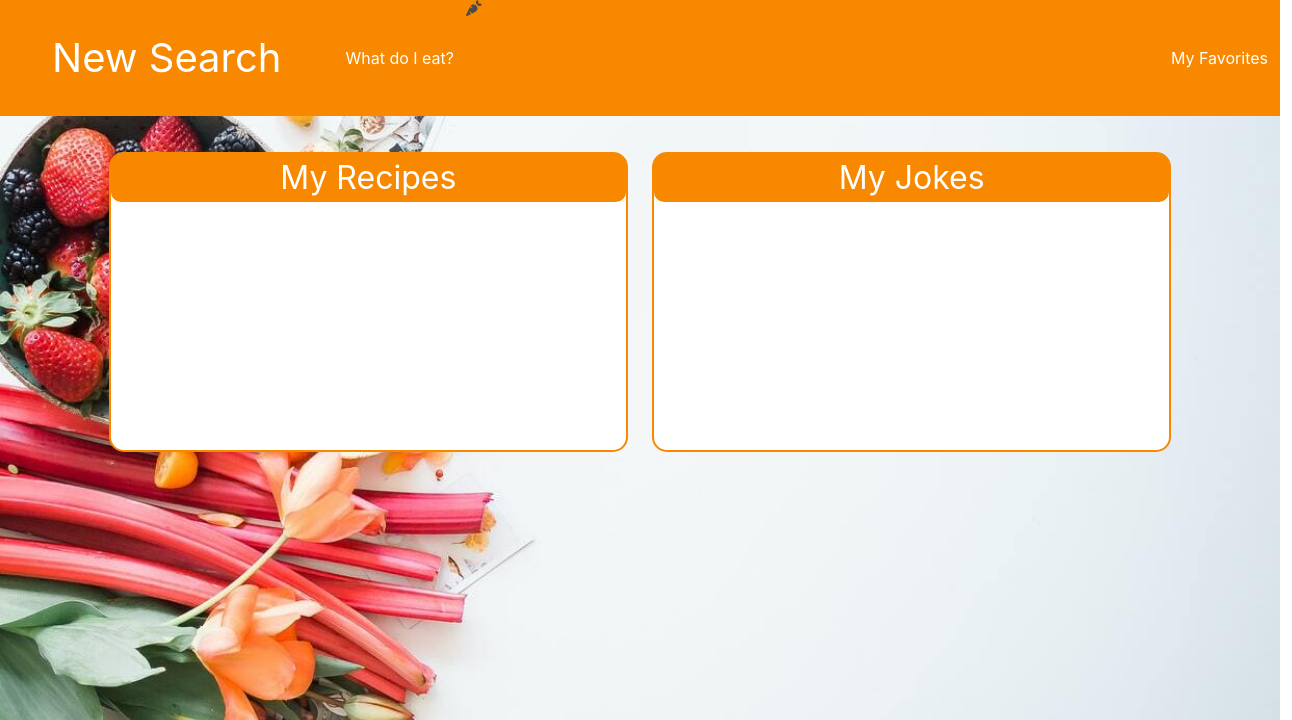
Repository: puakehaulani/the-hungry-app-proj1
Page: favorites.html
These files come from the project's save history. The page is drawn as it stood at one moment and after the next save; the edit follows.
The browser window is 1280 px wide. The page is 1292 px wide, so the pictures cover 1292 px, including what lies to the right of the window. The pictures show the whole page.
Some web libraries are served in a nearby version.

Above is the page before, as saved 2020-10-17 12:18:00.

### favorites.html
<!DOCTYPE html>
<html lang="en">
<head>
    <meta charset="UTF-8">
    <meta name="viewport" content="width=device-width, initial-scale=1.0">
    <title>Document</title>
    <!-- reset css -->
    <link rel="stylesheet" href="assets/style/reset.css">
    <!-- bulma cdn -->
    <link rel="stylesheet" href="https://cdnjs.cloudflare.com/ajax/libs/bulma/0.9.1/css/bulma.min.css">
    <!-- project css style sheet -->
    <link rel="stylesheet" href="assets/style/style.css">
</head>
<body>
    <nav class="navbar" role="navigation" aria-label="main navigation">
        <div class="navbar-menu">
            <!-- search new item link  -->
            <div class="navbar-item">
    <nav class="tabs is-centered is-size-5-mobile is-size-3-tablet is-size-2-widescreen" role="navigation" aria-label="main navigation">
        <!-- search new item link  -->
        <div class="level-item">
                <a href="index.html">New Search</a>
            </div>
        </div>
        <!-- navbar brand in the middle  -->
        <div class="navbar-item">
            What do I eat?
        </div>
        <i class="fas fa-carrot level-item"></i>
        <!-- link to favorites page on the left -->
        <div class="navbar-end">
            <div class="navbar-item">
        <div class="level-item">
                <a href="favorites.html">My Favorites </a>
            </div>
        </div>
    </nav>

    <div class="columns has-text-centered mt-5">
        <div class="column is-offset-1 is-5 is-offset-1-mobile is-10-mobile">
            <div id="favRecipes">
                <h1>My Recipes</h1>
                <!-- add favorite recipes here -->
            </div>
        </div>
        <div class="column is-5 is-offset-1-mobile is-10-mobile">
            <div id="favJokes">
                <h1>My Jokes</h1>
                <!-- add favorite jokes here -->
            </div>
        </div>
    </div>
<!-- bulma fontawesome -->
<script defer src="https://use.fontawesome.com/releases/v5.14.0/js/all.js"></script>
<!-- jquery cdn -->
<script src="https://code.jquery.com/jquery-3.5.1.min.js" integrity="sha256-9/aliU8dGd2tb6OSsuzixeV4y/faTqgFtohetphbbj0=" crossorigin="anonymous"></script>
<!-- Our JS -->
<script src="assets/script/favorites.js"></script>
</body>
</html>

### assets/style/style.css

html{
    background-image: url(images/foodOnSIde.jpg);
    background-size: cover;
    background-repeat: no-repeat;
}

.navbar{
    background-color: #F78800;
}

.navbar-item{
    color: white;
}

.navbar-item a{
    color: white;
}

.button{
    background-color: #f78800;
    color: white;
}

#ingredientSearch{
    display: inline-block;
}

th{
    background-color: #f78800;
    color: white !important;
}

#display { background-color: rgba(252, 177, 15, 0.55) ;
           color: black;
           float: left;
           max-height: fit-content;
           max-width: fit-content;
           }

/* Elements that only exist on results html*/

#favRecipes{
    min-height: 300px;
    color: black;
    background-color: white;
    border-style: solid;
    border-width: 2px;
    border-radius: 15px;
    border-color: #F78800;
}

#favRecipes h1{
    background-color: #F78800;
    font-size: 2rem;
    color: white;
    border-radius: 10px;
}

#favJokes{
    min-height: 300px;
    color: black;
    background-color: white;
    border-style: solid;
    border-width: 2px;
    border-radius: 15px;
    border-color: #F78800;
}

#favJokes h1{
    background-color: #F78800;
    font-size: 2rem;
    color: white;
    border-radius: 10px;
}

Loaded but not shown: assets/style/reset.css (common file); assets/script/favorites.js (no copy from this time; the picture is the same without it)

After the next save:
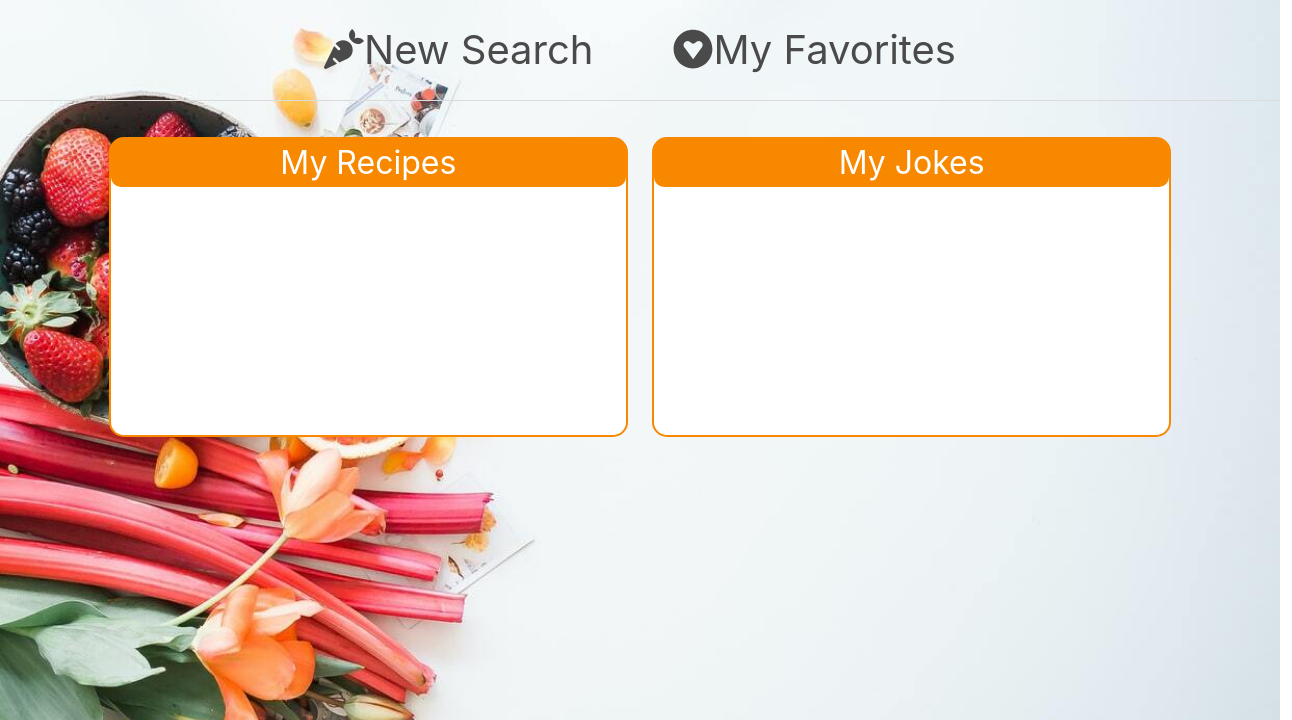
Saved 38 s later.
--- a/favorites.html
+++ b/favorites.html
@@ -12,31 +12,26 @@
     <link rel="stylesheet" href="assets/style/style.css">
 </head>
 <body>
-    <nav class="navbar" role="navigation" aria-label="main navigation">
-        <div class="navbar-menu">
-            <!-- search new item link  -->
-            <div class="navbar-item">
     <nav class="tabs is-centered is-size-5-mobile is-size-3-tablet is-size-2-widescreen" role="navigation" aria-label="main navigation">
-        <!-- search new item link  -->
-        <div class="level-item">
-                <a href="index.html">New Search</a>
-            </div>
-        </div>
-        <!-- navbar brand in the middle  -->
-        <div class="navbar-item">
-            What do I eat?
-        </div>
-        <i class="fas fa-carrot level-item"></i>
-        <!-- link to favorites page on the left -->
-        <div class="navbar-end">
-            <div class="navbar-item">
-        <div class="level-item">
-                <a href="favorites.html">My Favorites </a>
-            </div>
-        </div>
+        <ul>
+            <li>
+                <!-- search new item link  -->
+                <a href="index.html">
+                    <span><i class="fas fa-carrot"></i></span>
+                    <span>New Search</span>
+                </a>
+            </li>
+            <li>
+                <!-- link to favorites page on the left -->
+                <a href="favorites.html">
+                    <span><i class="fab fa-gratipay"></i></span>
+                    <span>My Favorites</span>
+                </a>
+            </li>
+        </ul>
     </nav>
 
-    <div class="columns has-text-centered mt-5">
+    <div class="columns has-text-centered mt-5 is-size-5-mobile is-size-3-tablet">
         <div class="column is-offset-1 is-5 is-offset-1-mobile is-10-mobile">
             <div id="favRecipes">
                 <h1>My Recipes</h1>
